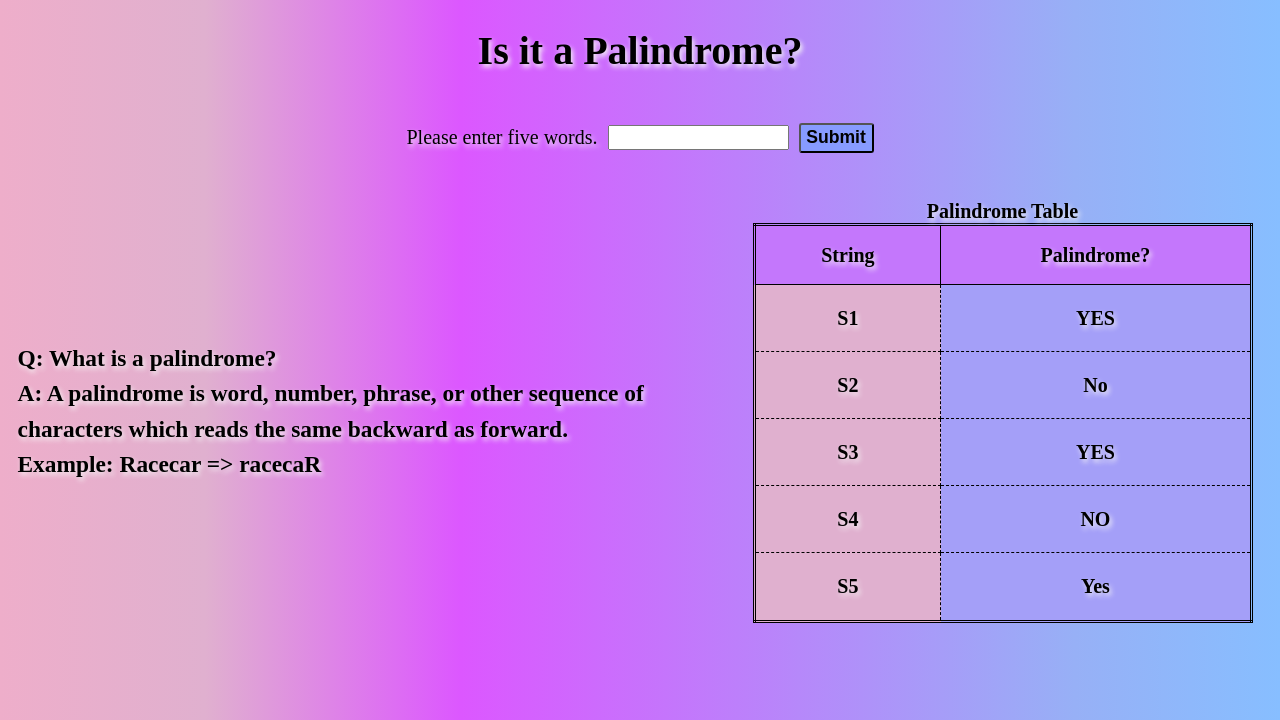
Repository: mlmEFSC21/P18-Palindrome-Table
Page: palindrome.html
An editor plug-in stored every save of this project. The page is shown before and after the next save, followed by the edit.
The browser window is 1280 px wide. The pictures show the whole page.

Above is the page before, as saved 2022-04-04 14:26:47.

After the next save:
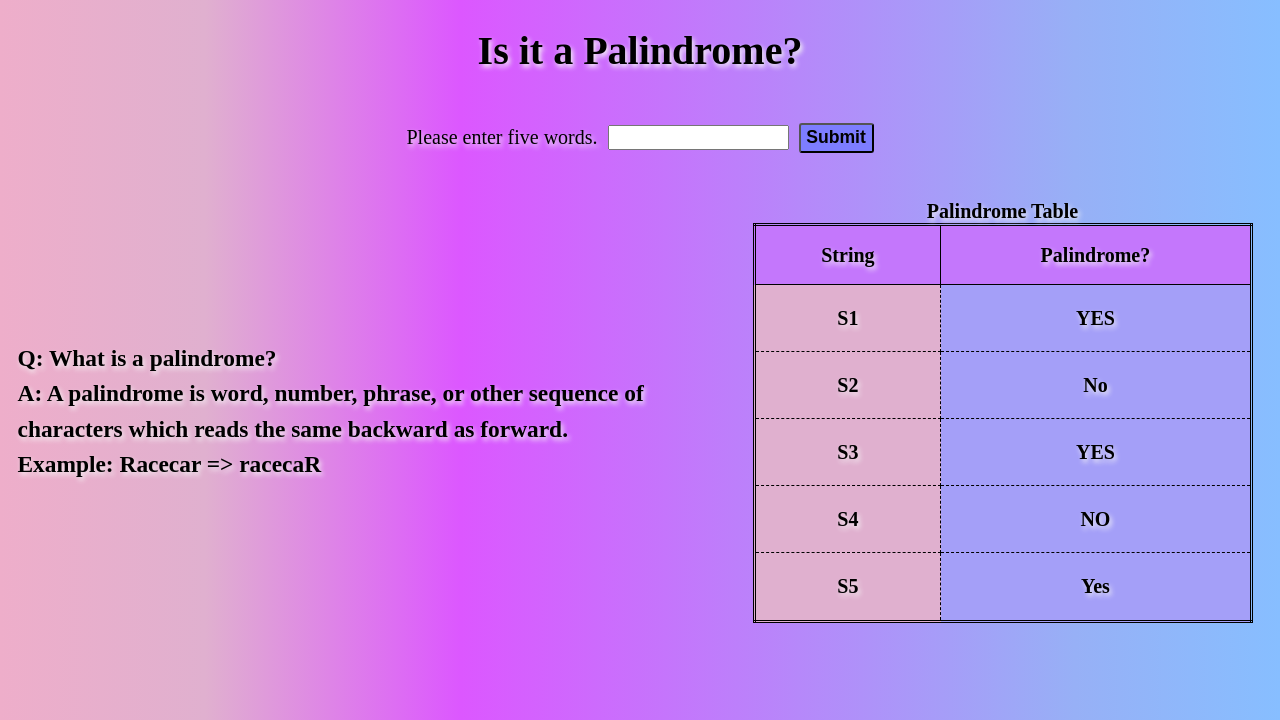
Saved 17 s later.
--- a/palindrome.css
+++ b/palindrome.css
@@ -45,7 +45,7 @@ input {
 button {
     height: 30px;
     width: 75px;
-    background-color: rgba(135, 155, 255, 1);
+    background-color: rgba(125, 125, 255, 1);
     font-size: 1.1rem;
     font-weight: 600;
     border-radius: 3px;
